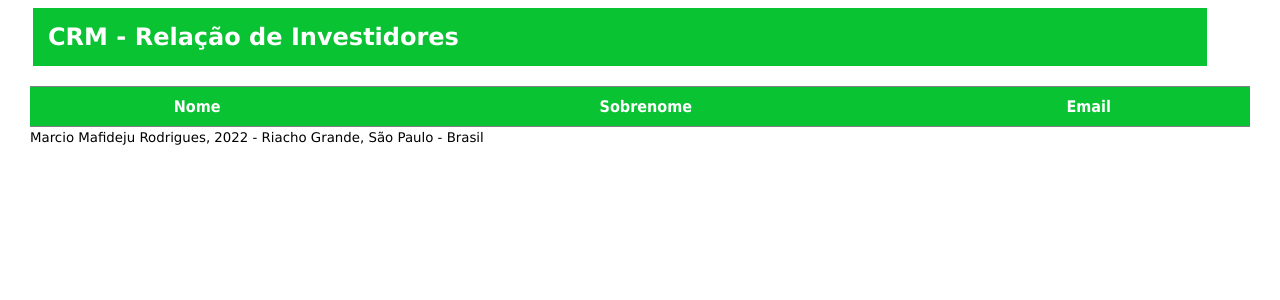
Repository: mafideju/CustomerTracker
Page: http://localhost/web-customer-tracker/WEB-INF/view/list-customers.jsp
The author's editor kept a copy of each file at every save. The page is drawn from the files as they stood at one save, then again after the next save.
The browser window is 1280 px wide. The pictures show the whole page.
The page is served by Tomcat 9. Nobody is signed in. Other server files are loaded and not shown. The template is opened directly, without the code that normally fills it, so the values that code supplies are empty.

Above is the page before, as saved 2022-01-21 21:23:47.

### web-customer-tracker/WebContent/WEB-INF/view/list-customers.jsp
<%@ taglib uri="http://java.sun.com/jsp/jstl/core" prefix="c" %>

<!DOCTYPE html>
<html>
	<head>
		<title>Lista de Investidores</title>
		<link type="text/css" rel="stylesheet" href="${pageContext.request.contextPath}/resources/css/style.css">
	</head>

	<body>
		<main>

			<div id="wrapper">
				<div id="header">
					<h2>CRM - Relação de Investidores</h2>
				</div>
			</div>

			<div id="container">
				<div id="content">
					<table>
						<tr>
							<th>Nome</th>
							<th>Sobrenome</th>
							<th>Email</th>
						</tr>

						<c:forEach var="customer" items="${customers}">
							<tr>
								<td>${customer.firstName}</td>
								<td>${customer.lastName}</td>
								<td>${customer.email}</td>
							</tr>
						</c:forEach>

					</table>
				</div>
			</div>

		</main>
		<footer>
			<small>Marcio Mafideju Rodrigues, 2022 - Riacho Grande, São Paulo - Brasil</small>
		</footer>
	</body>
</html>

### web-customer-tracker/WebContent/resources/css/style.css
html, body{
	margin-left:15px; margin-right:15px;
	padding:0px;
	font-family:Verdana, Arial, Helvetica, sans-serif;
}

table {
	border-collapse:collapse;
	border-bottom:1px solid gray;
	font-family: Tahoma,Verdana,Segoe,sans-serif;
	width:100%;
}

th {
	border-bottom:1px solid gray;
	background:none repeat scroll 0 0 #09c332;
	padding:10px;
	color: #FFFFFF;
}

tr {
	border-top:1px solid gray;
	text-align:center;
}

tr:nth-child(even) {background: #FFFFFF}
tr:nth-child(odd) {background: #BBBBBB}

.add-button {
	border: 1px solid #666;
	border-radius: 5px;
	padding: 4px;
	font-size: 12px;
	font-weight: bold;
	width: 120px;
	padding: 5px 10px;
	margin-bottom: 15px;
	background: #cccccc;
}

#wrapper {width: 100%; margin-top: 0px; }
#header {width: 95%; background: #09c332; margin-left: 3px; padding:15px 0px 15px 15px;}
#header h2 {width: 100%; margin:auto; color: #FFFFFF;}
#container {width: 100%; margin:auto}
#container h3 {color: #000;}
#container #content {margin-top: 20px;}

After the next save:
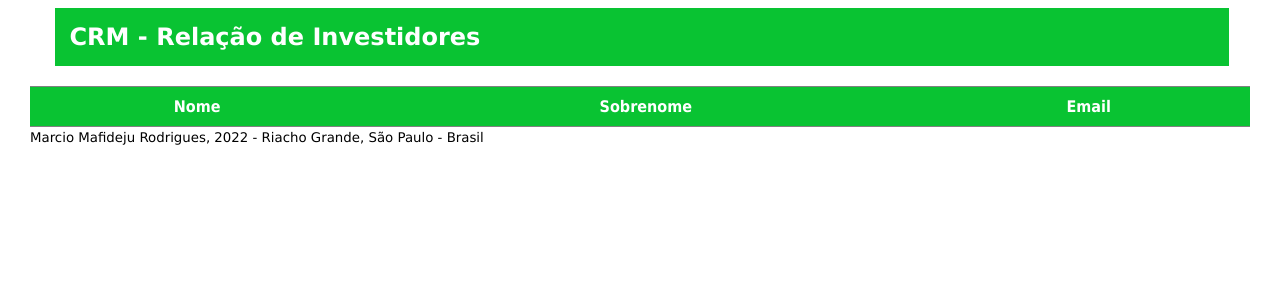
Saved 49 s later.
--- a/web-customer-tracker/WebContent/WEB-INF/view/list-customers.jsp
+++ b/web-customer-tracker/WebContent/WEB-INF/view/list-customers.jsp
@@ -10,7 +10,7 @@
 	<body>
 		<main>
 
-			<div id="wrapper">
+			<div id="wrapper"  style="display: flex; justify-content: center;">
 				<div id="header">
 					<h2>CRM - Relação de Investidores</h2>
 				</div>
